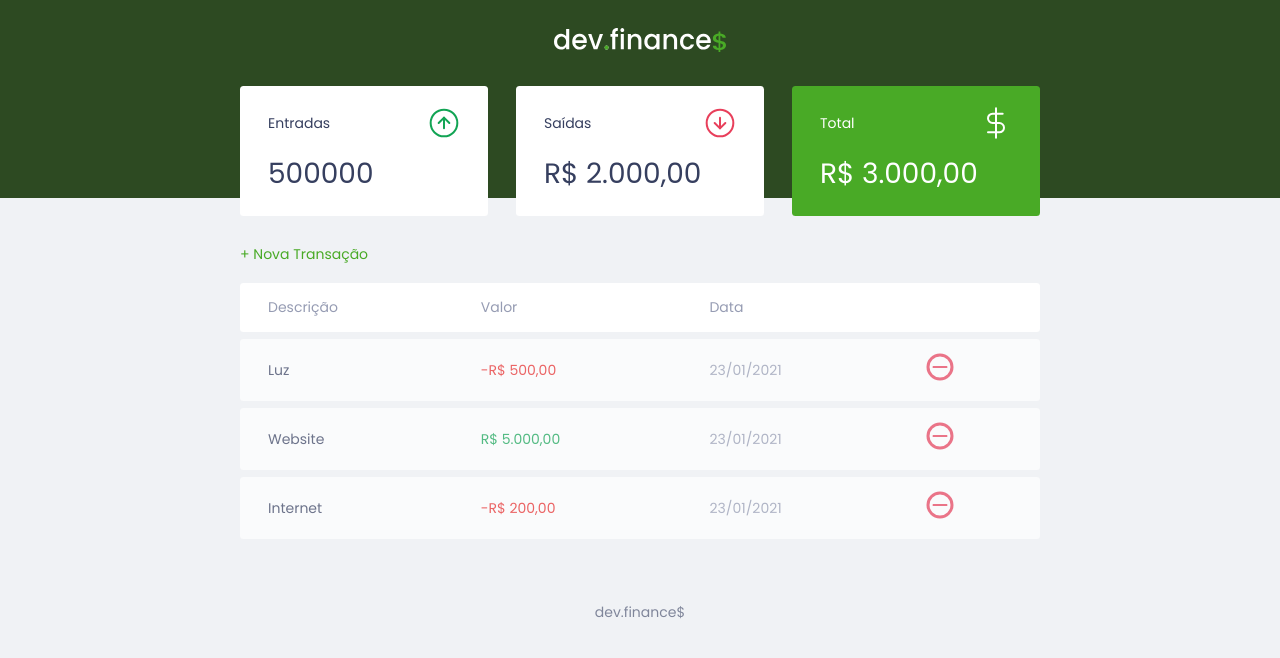
Repository: rafaelmgr12/maratona-dev01
Page: index.html
The author's editor kept a copy of each file at every save. The page is drawn from the files as they stood at one save, then again after the next save.
The browser window is 1280 px wide. The pictures show the whole page.

Above is the page before, as saved 2021-05-01 13:03:19.
Console error: TypeError: Transaction.expense is not a function

After the next save:
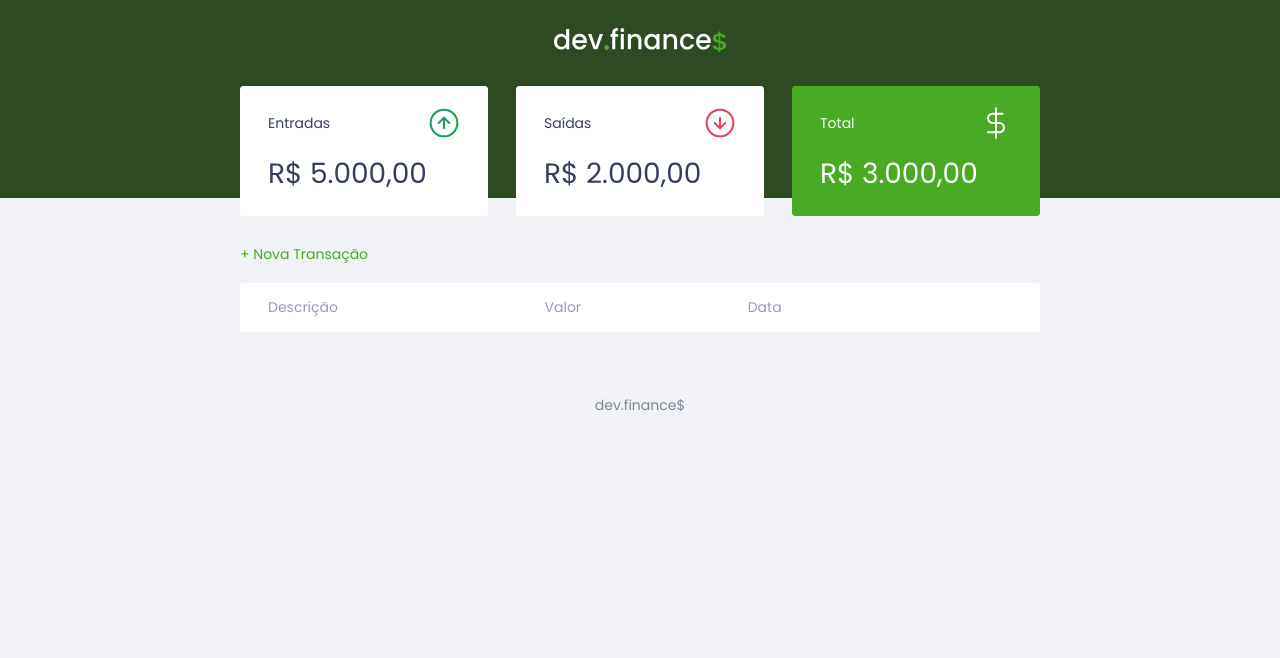
Console error: SyntaxError: Unexpected token ')'
Saved 68 s later.
--- a/scripts.js
+++ b/scripts.js
@@ -35,6 +35,13 @@
     // somar as entradas
   },
   expenses() {
+    let expense = 0
+    transactions.forEach((transaction) => {
+      if(transaction.amount > 0){
+        income += + transaction.amount
+
+      }
+    )
     // somar saídas/gastos
   },
   total() {

After the 2 saves that followed:
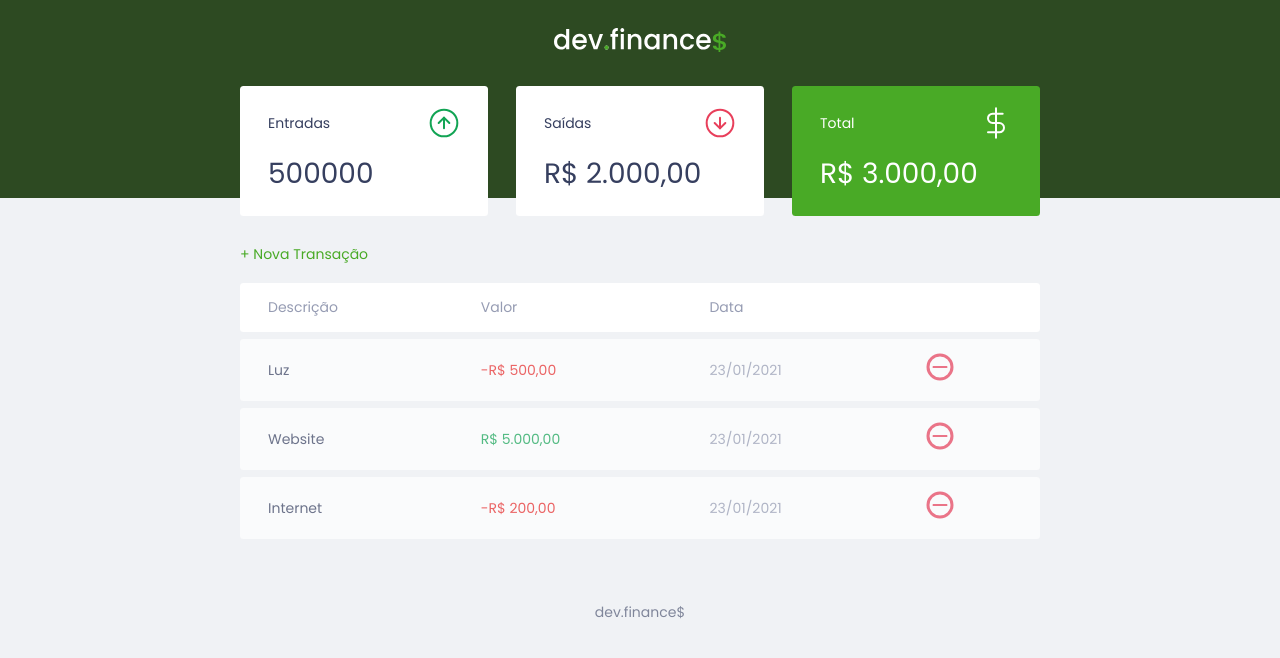
Console error: TypeError: Transaction.expense is not a function
The 2 saves are shown as one change because 1 left the picture as it was.
The last was saved 88 s later.
--- a/scripts.js
+++ b/scripts.js
@@ -37,12 +37,13 @@
   expenses() {
     let expense = 0
     transactions.forEach((transaction) => {
-      if(transaction.amount > 0){
-        income += + transaction.amount
+      if(transaction.amount < 0){
+        expense += + transaction.amount
+      }
 
-      }
-    )
     // somar saídas/gastos
+    })
+    return expense
   },
   total() {
     // entradas - saídas
